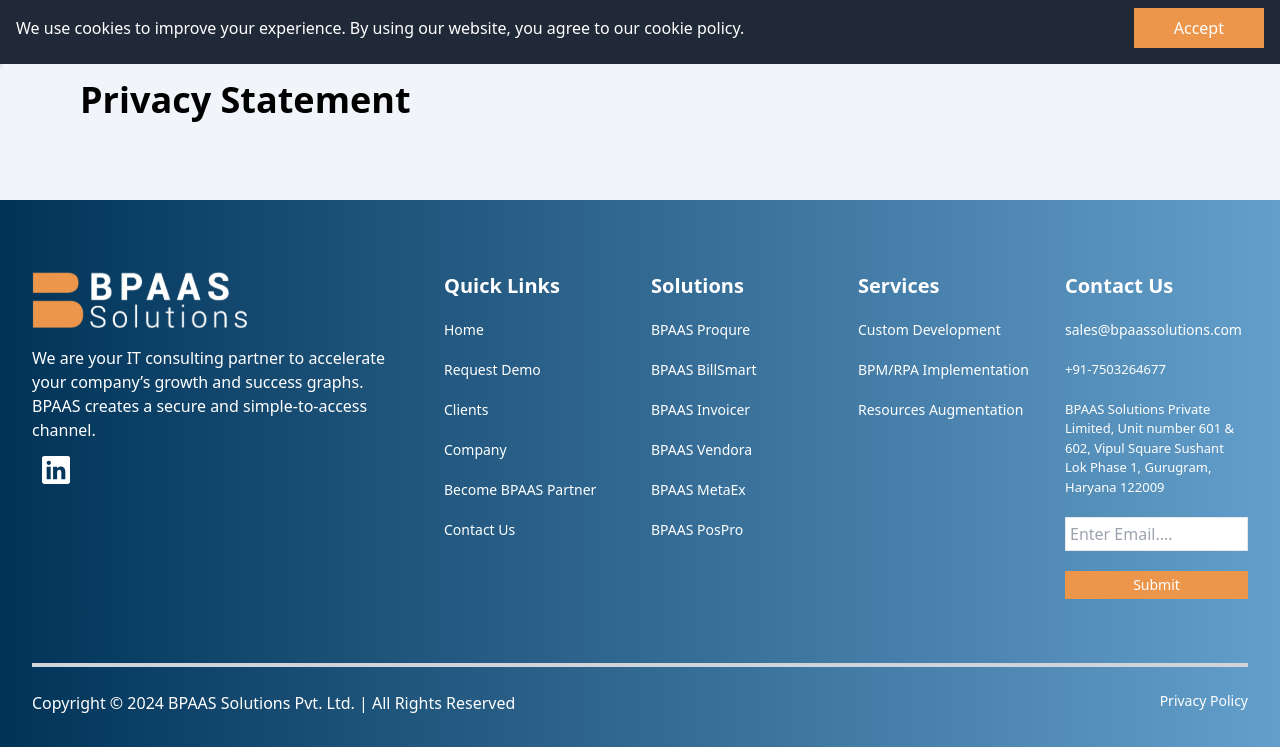
Repository: captainalpha/BP-Website
Page: /services/bp-services
An editor plug-in stored every save of this project. The page is shown before and after the next save, followed by the edit.
The browser window is 1280 px wide. The pictures show the part of the page from y = 656 to 1403 px (the page is 1403 px tall).
The project was rebuilt for these pictures with package versions that can differ from the ones it lists, and the page was loaded fresh each time. The framework's server and built-in components were replaced by stand-ins that run in the browser. Also part of the build but not shown: next.config.js, components/common/TopBanner.js, components/common/SectionHeader.js.

Above is the page before, as saved 2024-08-13 15:03:40.

### pages/_app.js
import Navbar from "../components/common/Navbar";
import "../styles/globals.css";
import Footer from "../components/common/Footer";

import "swiper/css";
import "swiper/css/navigation";
import "swiper/css/pagination";



import { motion, AnimatePresence } from "framer-motion";
import CookiesMain from "../components/common/CookiesMain";

// import styles from './slider.module.scss'
function MyApp({ Component, pageProps, router }) {
  const spring = {
    type: "spring",
    damping: 20,
    stiffness: 100,
    when: "afterChildren",
  };
  return (
    <>
      <div className="z-50 scroll-smooth">
        <Navbar />
      </div>
      <AnimatePresence>
        <div className="page-transition-wrapper">
          <motion.div
            transition={spring}
            key={router.pathname}
            initial={{ y: -300, opacity: 0 }}
            animate={{ y: 0, opacity: 1 }}
            exit={{ y: 300, opacity: 0 }}
            id="page-transition-container"
          >
            <Component {...pageProps} /> <Footer />{" "}
            <CookiesMain/>
          </motion.div>
        </div>
      </AnimatePresence>
    </>
  );
}

export default MyApp;

### pages/services/bp-services.js
import TopBanner from "../../components/common/TopBanner";
import SectionHeader from "../../components/common/SectionHeader";
import TopBanner2 from "../../components/common/TopBanner2";
import Image from "next/image";

function BpServices() {
  return (
    <div>
      <div className="relative">
        <TopBanner2
          image={"/images/policy-service2.jpg"}
          title="Privacy Policy"
          discription="This Privacy Policy explains how we collect, use, disclose, and safeguard your information when you visit our website."
          btnShow={false}
        />
        <div className="absolute top-[1em] right-[10em]">
          <Image
            src="/images/privacypolicy2.png"
            className="w-1/2 mx-auto"
            width="500"
            height="500"
            alt="customer-developement"
          />
        </div>
      </div>


      <div className=" bg-slate-100  p-[5em]">
        <div className="container mx-auto">
         <div className="text-left">
            <h1 className="lg:text-4xl text-3xl font-bold capitalize ">
                <span>Privacy</span>{' '}
                <span className="text-orange-500">Statement</span></h1>
         </div>
        </div>
      </div>
    </div>
  );
}

export default BpServices;

### styles/globals.css
@tailwind base;
@tailwind components;
@tailwind utilities;

.mySwiper {
  padding: 0 3rem;
}
.swiper-button-next {
  color: white;
  font-size: 20px !important;
}
.swiper-button-prev {
  color: white;
  font-size: 20px !important;
}
.swiper-button-prev:after {
  color: white;
  font-size: 20px !important;
}
.swiper-button-next:after {
  color: white;
  font-size: 20px !important;
}
.container-bpaas{
  max-width: 1100px;
}

/* .swiper-button-prev {

  background-image: url("data:[embedded picture, 251 characters]");
} */
.swiper-button-prev:after {

  border: 2px solid white;
  border-radius: 30%;
  /* width: 25%; */
  background: #ec964c;
  padding: 20%;
}
/* .swiper-button-next {
  background-image: url("data:[embedded picture, 251 characters]");
} */
.swiper-button-next:after {

  border: 2px solid white;
  border-radius: 30%;
  /* width: 25%; */
  background: #ec964c;
  padding: 20%;
}

@media only screen and (max-width: 600px) {
  .swiper-button-next:after {
    display: none;
  }
}
@media only screen and (max-width: 600px) {
  .swiper-button-prev:after {
    display: none;
  }
}




/*OEM Modal */
@layer utilities {
  @keyframes modalOpen {
    0% {
      clip-path: polygon(0 0, 0 0, 0 100%, 0 100%);
      opacity: 0;
    }
    100% {
      clip-path: polygon(0 0, 100% 0, 100% 100%, 0 100%);
      opacity: 1;
    }
  }

  @keyframes modalClose {
    0% {
      clip-path: polygon(0 0, 100% 0, 100% 100%, 0 100%);
      opacity: 1;
    }
    100% {
      clip-path: polygon(50% 0, 50% 0, 50% 100%, 50% 100%);
      opacity: 0;
    }
  }

  .animate-modalOpen {
    animation: modalOpen 0.5s forwards;
  }

  .animate-modalClose {
    animation: modalClose 0.5s forwards;
  }

  .custom-aspect-ratio {
    box-shadow: rgba(149, 157, 165, 0.2) 0px 8px 24px;
    aspect-ratio: 3 / 2;
  }
}

### components/common/Footer.js
import Image from "next/image";
import Link from "next/link";

export default function Footer() {
  return (
    <footer className=" bg-gradient-to-r from-primary to-secondary text-white p-5 md:p-8">
      <div className="  py-10 ">
        <div className="lg:grid lg:grid-cols-9 gap-5">
          <div className="w-full  lg:col-span-3">
            <div className=" space-y-3">
              <div className="">
                <Image
                  alt=""
                  src={require("../../assets/bpass-logo-white.svg")}
                />
              </div>

              <p className="max-w-sm mt-4 ">
                We are your IT consulting partner to accelerate your company’s
                growth and success graphs. BPAAS creates a secure and
                simple-to-access channel.
              </p>

              <div className="flex mt-4 ">
                <a
                  href="https://www.linkedin.com/company/bpaas-solutions-pvt-ltd/"
                  className="mx-2 "
                  aria-label="Linkden"
                >
                  <svg className="w-8 h-8 fill-current" viewBox="0 0 512 512">
                    <path d="M444.17,32H70.28C49.85,32,32,46.7,32,66.89V441.61C32,461.91,49.85,480,70.28,480H444.06C464.6,480,480,461.79,480,441.61V66.89C480.12,46.7,464.6,32,444.17,32ZM170.87,405.43H106.69V205.88h64.18ZM141,175.54h-.46c-20.54,0-33.84-15.29-33.84-34.43,0-19.49,13.65-34.42,34.65-34.42s33.85,14.82,34.31,34.42C175.65,160.25,162.35,175.54,141,175.54ZM405.43,405.43H341.25V296.32c0-26.14-9.34-44-32.56-44-17.74,0-28.24,12-32.91,23.69-1.75,4.2-2.22,9.92-2.22,15.76V405.43H209.38V205.88h64.18v27.77c9.34-13.3,23.93-32.44,57.88-32.44,42.13,0,74,27.77,74,87.64Z" />
                  </svg>
                </a>

                {/* <a href="/contact-us" className="mx-2 " aria-label="Facebook">
                  <svg className="w-4 h-4 fill-current" viewBox="0 0 512 512">
                    <path d="M455.27,32H56.73A24.74,24.74,0,0,0,32,56.73V455.27A24.74,24.74,0,0,0,56.73,480H256V304H202.45V240H256V189c0-57.86,40.13-89.36,91.82-89.36,24.73,0,51.33,1.86,57.51,2.68v60.43H364.15c-28.12,0-33.48,13.3-33.48,32.9V240h67l-8.75,64H330.67V480h124.6A24.74,24.74,0,0,0,480,455.27V56.73A24.74,24.74,0,0,0,455.27,32Z" />
                  </svg>
                </a>

                <a href="/contact-us" className="mx-2 " aria-label="Twitter">
                  <svg className="w-4 h-4 fill-current" viewBox="0 0 512 512">
                    <path d="M496,109.5a201.8,201.8,0,0,1-56.55,15.3,97.51,97.51,0,0,0,43.33-53.6,197.74,197.74,0,0,1-62.56,23.5A99.14,99.14,0,0,0,348.31,64c-54.42,0-98.46,43.4-98.46,96.9a93.21,93.21,0,0,0,2.54,22.1,280.7,280.7,0,0,1-203-101.3A95.69,95.69,0,0,0,36,130.4C36,164,53.53,193.7,80,211.1A97.5,97.5,0,0,1,35.22,199v1.2c0,47,34,86.1,79,95a100.76,100.76,0,0,1-25.94,3.4,94.38,94.38,0,0,1-18.51-1.8c12.51,38.5,48.92,66.5,92.05,67.3A199.59,199.59,0,0,1,39.5,405.6,203,203,0,0,1,16,404.2,278.68,278.68,0,0,0,166.74,448c181.36,0,280.44-147.7,280.44-275.8,0-4.2-.11-8.4-.31-12.5A198.48,198.48,0,0,0,496,109.5Z" />
                  </svg>
                </a> */}
              </div>
            </div>
          </div>

          <div className="mt-6 lg:mt-0 lg:flex-1 lg:col-span-6">
            <div className="grid grid-cols-2 gap-6 sm:grid-cols-3 md:grid-cols-4">
              <div className="space-y-5">
                <h3 className="text-xl font-bold ">Quick Links</h3>
                <Link passHref href="/">
                  <a className="block  text-sm  hover:underline hover:text-orange">
                    Home
                  </a>
                </Link>

                <Link passHref href="/request-demo">
                  <a className="block  text-sm  hover:underline hover:text-orange">
                    Request Demo
                  </a>
                </Link>
                <Link passHref href="/clients">
                  <a className="block  text-sm  hover:underline hover:text-orange">
                    Clients
                  </a>
                </Link>
                <Link passHref href="/about-us">
                  <a className="block  text-sm  hover:underline hover:text-orange">
                    Company
                  </a>
                </Link>
                <Link passHref href="/become-partner">
                  <a className="block  text-sm  hover:underline hover:text-orange">
                    Become BPAAS Partner
                  </a>
                </Link>
                <Link passHref href="/contact-us">
                  <a className="block  text-sm  hover:underline hover:text-orange">
                    Contact Us
                  </a>
                </Link>
              </div>

              <div className="space-y-5">
                <h3 className="text-xl font-bold">Solutions</h3>
                <Link passHref href="/solutions/bpaas-proqure">
                  <a className="block  text-sm  hover:underline hover:text-orange">
                    BPAAS Proqure
                  </a>
                </Link>
                <Link passHref href="/solutions/bpaas-billsmart">
                  <a className="block  text-sm  hover:underline hover:text-orange">
                    BPAAS BillSmart
                  </a>
                </Link>
                <Link passHref href="/solutions/bpaas-invoicer">
                  <a className="block  text-sm  hover:underline hover:text-orange">
                    BPAAS Invoicer
                  </a>
                </Link>
                <Link passHref href="/solutions/bpaas-vendora">
                  <a className="block  text-sm  hover:underline hover:text-orange">
                    BPAAS Vendora
                  </a>
                </Link>
                {/* <Link passHref href="/solutions/bpaas-smartex">
                  <a className="block  text-sm  hover:underline hover:text-orange">
                    BPAAS SmartEx
                  </a>
                </Link> */}
                <a
                  className="block  text-sm  hover:underline hover:text-orange"
                  href="https://metasolve.io/"
                  target="_blank"
                  rel="noreferrer"
                >
                  BPAAS MetaEx
                </a>
                <Link passHref href="/solutions/bpaas-pospro">
                  <a className="block  text-sm  hover:underline hover:text-orange">
                    BPAAS PosPro
                  </a>
                </Link>
              </div>

              <div className="space-y-5">
                <h3 className=" text-xl font-bold  ">Services</h3>

                <Link passHref href="/services/custom-development">
                  <a className="block  text-sm  hover:underline hover:text-orange">
                    Custom Development
                  </a>
                </Link>
                <Link passHref href="/services/bpm-rpa-implementation">
                  <a className="block  text-sm  hover:underline hover:text-orange">
                    BPM/RPA Implementation
                  </a>
                </Link>
                <Link passHref href="/services/resource-augmentation">
                  <a className="block  text-sm  hover:underline hover:text-orange">
                    Resources Augmentation
                  </a>
                </Link>
              </div>

              <div className="space-y-5">
                <h3 className=" text-xl font-bold ">Contact Us</h3>
                {/* <span className="block  text-sm  hover:underline hover:text-orange">
                  abhishek.kumar@bpaassolutions.com
                </span> */}
                <span className="block  text-sm  hover:underline hover:text-orange">
                  sales@bpaassolutions.com
                </span>
                <span className="block  text-[13px]  hover:underline hover:text-orange">
                  +91-7503264677
                </span>
                <span className="block  text-[13px]  hover:underline hover:text-orange">
                  BPAAS Solutions Private Limited, Unit number 601 & 602, Vipul
                  Square Sushant Lok Phase 1, Gurugram, Haryana 122009
                </span>
                <input
                  className="block p-1 outline-none border text-black w-full"
                  placeholder="Enter Email...."
                />
                <button className="text-sm bg-orange px-2 py-1 w-full">
                  Submit
                </button>
              </div>
            </div>
          </div>
        </div>
      </div>
      <hr className="h-1 w-full my-6 bg-gray-300 border-none " />

      <div className="flex justify-between">
        <div>
          <p className="text-center text-white">
            Copyright © 2024 BPAAS Solutions Pvt. Ltd. | All Rights Reserved
          </p>
        </div>
        <div>
          <Link passHref href="/services/bp-services">
            <a className="block  text-sm  hover:underline hover:text-orange">
            Privacy Policy
            </a>
          </Link>
        </div>
      </div>
    </footer>
  );
}

### components/common/CookiesMain.js
import { useState, useEffect } from 'react';
import Cookies from 'js-cookie';


const CookiesMain = () => {
    const [showBanner, setShowBanner] = useState(false);

  useEffect(() => {
    const consent = Cookies.get('cookie-consent');
    if (!consent) {
      setShowBanner(true);
    }
  }, []);

  const acceptCookies = () => {
    Cookies.set('cookie-consent', 'true', { expires: 365 });
    setShowBanner(false);
  };

  if (!showBanner) return null;
  return (
    <>

    <div className="fixed bottom-0 left-0 right-0 bg-gray-800 text-white p-4 flex justify-between items-center z-50">
      <span>We use cookies to improve your experience. By using our website, you agree to our cookie policy.</span>
      <button
        onClick={acceptCookies}
        className="bg-orange text-white px-4 md:px-10 py-2"
      >
        Accept
      </button>
    </div>

    </>
  )
}
export default CookiesMain

### components/common/TopBanner2.js
import Link from "next/link";
function TopBanner2({ image, title, discription, onClick,btnShow}) {
  return (
    <div
      style={{ backgroundImage: `url(${image})` }}
      className={`lg:h-[80vh] h-[60vh] mt-20 w-full text-white flex p-10 items-center bg-no-repeat bg-cover `}
    >
      <div className="space-y-4 lg:w-1/2  md:text-left">
        <h1 className="lg:text-5xl text-3xl font-bold capitalize ">{title}</h1>
        <p className="w-full lg:text-xl lg:text-justify tracking-tighter">
          {discription}
        </p>
    {btnShow&&(
        <Link passHref href="/request-demo">
          <button className="px-8 py-2  border-white border-2 hover:bg-orange font-medium text-xl">
            Request Demo
          </button>
        </Link>
    )}
      </div>
    </div>
  );
}

export default TopBanner2;

### tailwind.config.js
module.exports = {
  content: [
    "./pages/**/*.{js,ts,jsx,tsx}",
    "./components/**/*.{js,ts,jsx,tsx}",
  ],
  theme: {
    extend: {
      keyframes: {
        modalOpen: {
          '0%': { transform: 'scale(0)', opacity: 0 },
          '100%': { transform: 'scale(1)', opacity: 1 },
        },
        modalClose: {
          '0%': { transform: 'scale(1)', opacity: 1 },

        },
        fragmentIn: {
          '0%': { opacity: 0, transform: 'translate(-50px, -50px)' },
          '100%': { opacity: 1, transform: 'translate(0, 0)' },
        },
        fragmentOut: {
          '0%': { opacity: 1, transform: 'translate(0, 0)' },
          '100%': { opacity: 0, transform: 'translate(50px, 50px)' },
        },

      },
      animation: {
        modalOpen: 'modalOpen 0.5s ease-out forwards',
        modalClose: 'modalClose 0.5s ease-in forwards',
        fragmentIn: 'fragmentIn 0.5s ease-out forwards',
        fragmentOut: 'fragmentOut 0.5s ease-in forwards',
      },
      backgroundImage: {
        "testimonial-bg": "url('/img/hero-pattern.svg')",
        "testimonial-bgs": "url('/')",
      },
      colors: {
        primary: "#013358",
        secondary: "#639FCB",
        primaryText: "#1D669C",
        orange: "#EC964C",
        glassEffect:
          "linear-gradient(105.47deg, #FFFFFF -13.63%, rgba(255, 255, 255, 0) 108.8%)",
      },
      backgroundSize: {
        "size-200": "200% 200%",
      },
      backgroundPosition: {
        "pos-0": "0% 0%",
        "pos-100": "100% 100%",
      },
    },
    variants: {
      fill: ["hover", "focus"],
    },
    boxShadow: {
      "3xl": "0 35px 60px -15px rgba(0, 0, 0, 0.3)",
    },
  },
  plugins: [],
};

Loaded but not shown: components/common/Navbar.js (726 lines, source omitted)

After the next save:
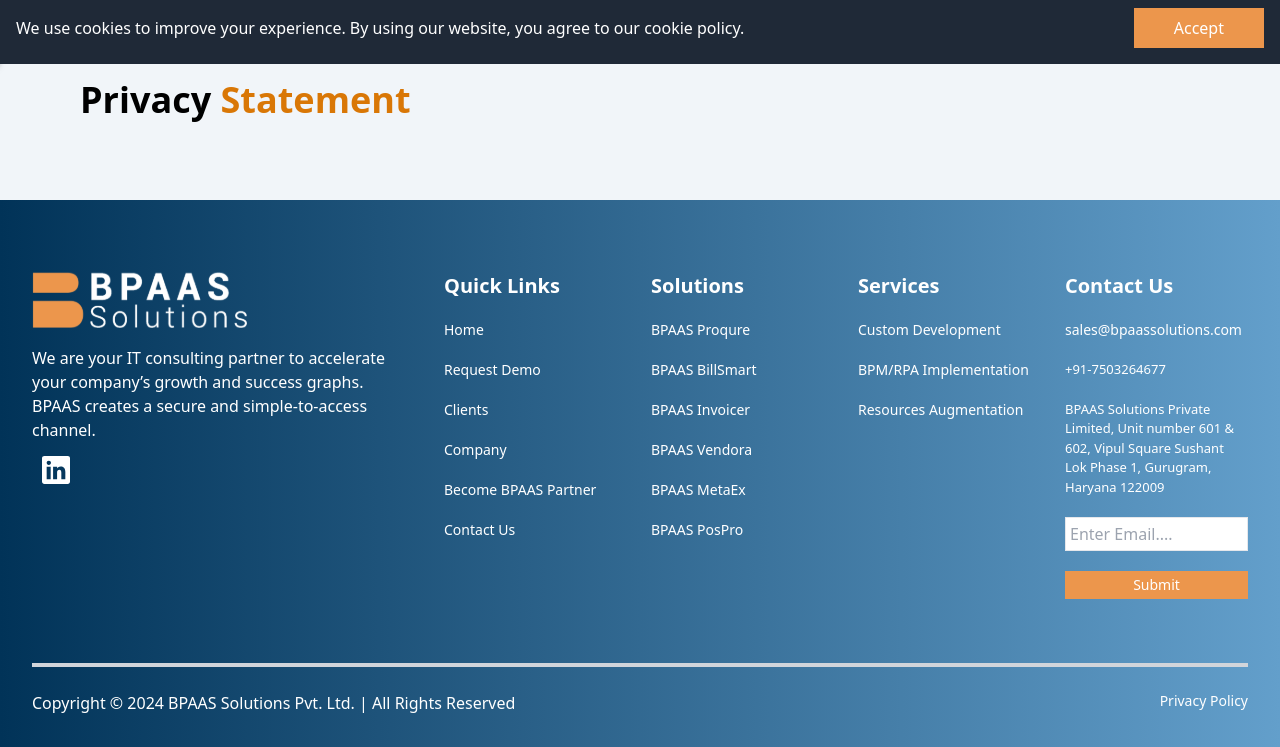
Saved 66 s later.
--- a/pages/services/bp-services.js
+++ b/pages/services/bp-services.js
@@ -30,7 +30,7 @@
          <div className="text-left">
             <h1 className="lg:text-4xl text-3xl font-bold capitalize ">
                 <span>Privacy</span>{' '}
-                <span className="text-orange-500">Statement</span></h1>
+                <span className="text-amber-600">Statement</span></h1>
          </div>
         </div>
       </div>
